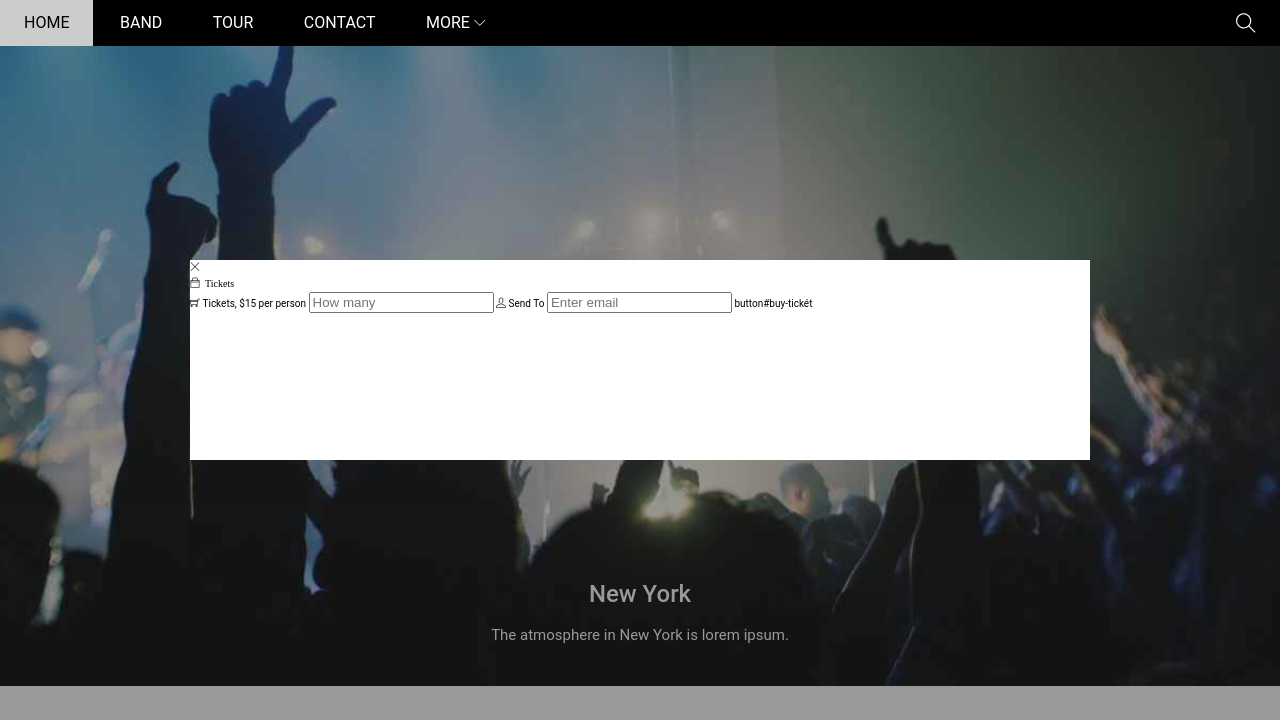
Repository: vuongld315/myLandingPage
Page: index.html
The author's editor kept a copy of each file at every save. The page is drawn from the files as they stood at one save, then again after a run of saves.
The browser window is 1280 px wide. The pictures show the window.
A layer covers the whole window, so only the first screen is drawn.

Above is the page before, as saved 2022-07-27 11:50:25.

### index.html
<!DOCTYPE html>
<html lang="en">
<head>
    <meta charset="UTF-8">
    <meta http-equiv="X-UA-Compatible" content="IE=edge">
    <meta name="viewport" content="width=device-width, initial-scale=1.0">
    <title>Document</title>
    <link rel="stylesheet" href="./assets/css/main.css">
    <link rel="stylesheet" href="./assets/css/base.css">
    <link rel="stylesheet" href="./assets/fonts/themify-icons/themify-icons.css">
</head>
<body>
    <div id="main">
        <div id="header">
            <div id="nav">
                <ul>
                    <li><a href="">Home</a></li>
                    <li><a href="">Band</a></li>
                    <li><a href="">Tour</a></li>
                    <li><a href="">Contact</a></li>
                    <li>
                        <a href="#">
                            More
                            <i class="nav-arrow-down ti-angle-down"></i>
                        </a>
                        <ul class="subnav">
                            <li><a href="">Merchadise</a></li>
                            <li><a href="">Extras</a></li>
                            <li><a href="">Media</a></li>
                        </ul>
                    </li>
                </ul>
            </div>
            <div class="search-btn">
                <i class="search-icon ti-search"></i>
            </div>
        </div>

        <div id="slider">
            <div class="slider-faded">
                <img src="/assets/img/slider1.jpg" alt="">
                <div class="text-content">
                    <h2 class="text-heading">Chicago</h2>
                    <div class="text-desciption">Thank you, Chicago - A night we won't forget.</div>
                </div>
            </div>
            <div class="slider-faded">
                <img src="/assets/img/slider2.jpg" alt="">
                <div class="text-content">
                    <h2 class="text-heading">Los Angeles</h2>
                    <div class="text-desciption">We had the best time playing at Venice Beach!</div>
                </div>
            </div>
            <div class="slider-faded">
                <img src="/assets/img/slider3.jpg" alt="">
                <div class="text-content">
                    <h2 class="text-heading">New York</h2>
                    <div class="text-desciption">The atmosphere in New York is lorem ipsum.</div>
                </div>
            </div>
        </div>
        <div id="content">
            <!-- About section -->
            <div class="content-section">
                <h2 class="section-heading">THE BAND</h2>
                <p class="section-sub-heading">We love music</p>
                <p class="about-text">We have created a fictional band website. Lorem ipsum dolor sit amet, consectetur adipiscing elit, sed do eiusmod tempor incididunt ut labore et dolore magna aliqua. Ut enim ad minim veniam, quis nostrud exercitation ullamco laboris nisi ut aliquip ex ea commodo consequat. Duis aute irure dolor in reprehenderit in voluptate velit esse cillum dolore eu fugiat nulla pariatur. Excepteur sint occaecat cupidatat non proident, sunt in culpa qui officia deserunt mollit anim id est laborum consectetur adipiscing elit, sed do eiusmod tempor incididunt ut labore et dolore magna aliqua. Ut enim ad minim veniam, quis nostrud exercitation ullamco laboris nisi ut aliquip ex ea commodo consequat.</p>
                <div class="member-list">
                    <div class="member-item">
                        <p class="member-name">Name</p>
                        <div class="member-img">
                          <img src="./assets/img/bandmember.jpg" alt="" class="member-avata">
                        </div>
                    </div>
                    <div class="member-item">
                        <p class="member-name">Name</p>
                        <div class="member-img">
                          <img src="./assets/img/bandmember.jpg" alt="" class="member-avata">
                        </div>
                    </div>
                    <div class="member-item">
                        <p class="member-name">Name</p>
                        <div class="member-img">
                          <img src="./assets/img/bandmember.jpg" alt="" class="member-avata">
                        </div>
                    </div>
                </div>
            </div>
            <!-- Tour-section -->
            <div class="tour-section">
                <div class="content-section">
                    <h2 class="section-heading text-white">TOUR DATES</h2>
                    <p class="section-sub-heading text-white">Remember to book your tickets!</p>
                    <ul class="ticket-list">
                        <li>September <span class="sold-out">Sold out</span></li>
                        <li>October <span class="sold-out">Sold out</span></li>
                        <li>November <span class="quantity">3</span></li>
                    </ul>
                    <div class="tour-list-items">
                        <div class="tour-list-item">
                            <img src="./assets/img/newyork.jpg" alt="" class="tour-item-img">
                            <div class="tour-list-container">
                                <h2 class="tour-item-country">New York</h2>
                                <div class="tour-list-time">Fri 27 Nov 2016</div>
                                <p class="tour-list-text">Praesent tincidunt sed tellus ut rutrum sed vitae justo.</p>
                                <a href="#" class="tour-list-buttom text-white">Buy Tickets</a>
                            </div>
                        </div>
                        <div class="tour-list-item">
                            <img src="./assets/img/paris.jpg" alt="" class="tour-item-img">
                            <div class="tour-list-container">
                                <h2 class="tour-item-country">Paris</h2>
                                <div class="tour-list-time">Fri 27 Nov 2016</div>
                                <p class="tour-list-text">Praesent tincidunt sed tellus ut rutrum sed vitae justo.</p>
                                <a href="#" class="tour-list-buttom text-white">Buy Tickets</a>
                            </div>
                        </div>
                        <div class="tour-list-item">
                            <img src="./assets/img/sanfran.jpg" alt="" class="tour-item-img">
                            <div class="tour-list-container">
                                <h2 class="tour-item-country">San Francisco</h2>
                                <div class="tour-list-time">Fri 27 Nov 2016</div>
                                <p class="tour-list-text">Praesent tincidunt sed tellus ut rutrum sed vitae justo.</p>
                                <a href="#" class="tour-list-buttom text-white">Buy Tickets</a>
                            </div>
                        </div>
                    </div>
                </div>
            </div>
            <!-- modal -->
            <div class="modal">
                <div class="modal-container">
                    <div class="modal-close">
                        <i class="ti-close"></i>
                    </div>
                    <div class="modal-header">
                        <i class="ti-bag">
                            Tickets
                        </i>
                    </div>
                    <div class="modal-body">
                        <label for="" class="modal-label">
                            <i class="ti-shopping-cart"></i>
                            Tickets, $15 per person
                        </label>
                        <input type="text" class="modal-input" placeholder="How many">
                        <label for="" class="modal-label">
                            <i class="ti-user"></i>
                            Send To
                        </label>
                        <input type="text" class="modal-input" placeholder="Enter email">
                        button#buy-tickét
                    </div>
                </div>
            </div>
             <!-- Contact-section -->
            <div class="content-section">
                <h2 class="section-heading">CONTACT</h2>
                <p class="section-sub-heading">Fan? Drop a note!!</p>

            </div>
        </div>

        <div id="footer">

        </div>
    </div>
    <script src="./main.js"></script>
</body>
</html>

### assets/css/main.css
body    {
    margin: 0;
    padding: 0;
}

#header {
    height: 46px;
    background-color: #000;
    display: flex;
    align-items: center;
    justify-content: space-between;
    position: fixed;
    top: 0;
    right: 0;
    left: 0;
    z-index: 1;
}

#nav ul {
    padding: 0;
}

#nav li {
    display: inline-block;
    position: relative;
}

#nav > ul > li > a   {
    color: #fff;
    text-transform: uppercase;
    padding: 0 24px;
    line-height: 46px;
}

#nav li a   {
    text-decoration: none;
    font-size: 1.6rem;
    display: inline-block;

}

#nav .subnav li:hover,
#nav > ul > li:hover > a {
    color:#000;
    background-color: #ccc;

}

#nav > ul > li:hover .subnav    {
    display: block;
}

#nav .subnav    {
    display: none;
    position: absolute;
    background-color: #fff;
    width: 160px;
    box-shadow: 0 0 10px rgba(0 ,0 ,0 , .3);
}

#nav .subnav li {
    width: 100%;
    list-style: none;
    padding: 12px;

}

#nav .subnav a  {
    color: #000;
    font-size: 1.4rem;
}

.nav-arrow-down {
    font-size: 1.2rem;
}

#header .search-btn {
    font-size: 20px;
    color: #fff;
    padding: 13px 24px;
    height: 100%;
}

#header .search-btn:hover   {
    background-color: #f44336;
    cursor: pointer;
}

#slider {
    margin-top: 46px;
    position: relative;
}

.slider-faded img   {
    width: 100%;
}

.text-content  {
    position: absolute;
    color: #fff;
    bottom: 48px;
    width: 100%;
    text-align: center;
}

.text-heading   {
    font-weight: 500;
    font-size: 24px;
}

.text-desciption    {
    font-size: 15px;
    margin-top: 25px;
}
.text-white {
    color: #fff !important;
}

/* about section */

#content .content-section   {
    width: 800px;
    margin: 0 auto;
    padding: 64px 0;
}

#content .content-section .section-heading  {
    font-size: 30px;
    font-weight: 500;
    text-align: center;
    letter-spacing: 4px;
}

#content .content-section .section-sub-heading  {
    font-size: 15px;
    text-align: center;
    margin-top: 25px;
    font-style: italic;
    opacity: 0.6;
}

#content .content-section .about-text   {
    text-align: justify;
    font-size: 15px;
    margin-top: 25px;
    line-height: 1.4;
}

#content .content-section .member-list  {
    margin-top: 48px;
    display: flex;
    justify-content: space-between;
    align-items: center;
}

#content .content-section .member-name  {
    font-size: 15px;
    text-align: center;
}

#content .content-section .member-img   {
    text-align: center;
}

#content .content-section .member-avata {
    width: 60%;
    border-radius: 4px;
}


/* tour section */

#content .tour-section  {
    background-color: #000;
}

#content .tour-section .ticket-list {
    background-color: #fff;
    margin-top: 40px;
    padding: 0;
}

#content .tour-section .ticket-list > li    {
    list-style: none;
    font-size: 15px;
    padding: 11px 16px;
    margin-left: 0;
    border-bottom: 1px solid #ccc;
    color: #757575;
}

#content .tour-section .ticket-list .sold-out   {
    background-color: #f44336;
    color: #fff;
    padding: 3px 4px;
    margin-left: 16px;
}

#content .tour-section .ticket-list .quantity   {
    float: right;
    width: 24px;
    height: 24px;
    background-color: #000;
    color: #fff;
    border-radius: 50%;
    text-align: center;
    line-height: 24px;
    margin-top: -3px;
}

#content .tour-section .tour-list-items  {
    background-color: #000;
    display: flex;
    justify-content: space-between;
    margin-top: 32px;
}

#content .tour-section .tour-list-item {
    width: 30%;
    height: 390px;
    display: flex;
    flex-direction: column;
}

/* <!-- Tour-section */
.tour-list-items    {
    margin-bottom: 40px;
}

.tour-item-img  {
    width: 100%;
}

.tour-item-img:hover    {
    opacity: 0.6;
}

.tour-list-container    {
    padding-left: 16px;
    background-color: #fff;
    height: 205px;
}

.tour-list-time {
    opacity: 0.6;
    padding: 10px 0 20px;
}

.tour-list-text {
    font-size: 1.4rem;
    margin-top: 0;
}

.tour-list-buttom   {
    padding: 11px 16px;
    text-decoration: none;
    background-color: #000;
    font-size: 1.4rem;
    margin-top: 15px;
    display: inline-block;

}

.tour-list-buttom:hover   {
    opacity: 0.6;
}

.modal  {
    position: fixed;
    top: 0;
    left: 0;
    bottom: 0;
    right: 0;
    background-color: rgba(0 ,0 ,0 , .4);
    display: flex;
    justify-content: center;
    align-items: center;
}

.modal-container    {
    background-color: #fff;
    width: 900px;
    min-height: 200px;
}



#footer {

}

### assets/css/base.css
*   {
    box-sizing: inherit;
}

body    {
    padding-bottom:100px ;
}

html    {
    font-size: 62.5%;
    line-height: 1.6rem;
    font-family: 'Roboto', sans-serif;
    box-sizing: border-box;
}

.gird   {
    width: 1200px;
    max-width: 100%;
    margin: 0 auto;
}

.gird__full-width   {
    width: 100%;
}

.gird__row  {
    display: flex;
    flex-wrap: wrap;
}

### main.js
var slideIndex = 0;
var slides = document.querySelectorAll('.slider-faded');
function showSlides()   {
    for (var i = 0; i < slides.length; i++) {
        slides[i].style.display = "none";
    }
    slideIndex++;
    if (slideIndex > slides.length) {
        slideIndex = 1
    }
    slides[slideIndex-1].style.display = "block";
    setTimeout(showSlides, 2000);
}
showSlides();

Loaded but not shown: assets/fonts/themify-icons/themify-icons.css (common file)

After the next 4 saves:
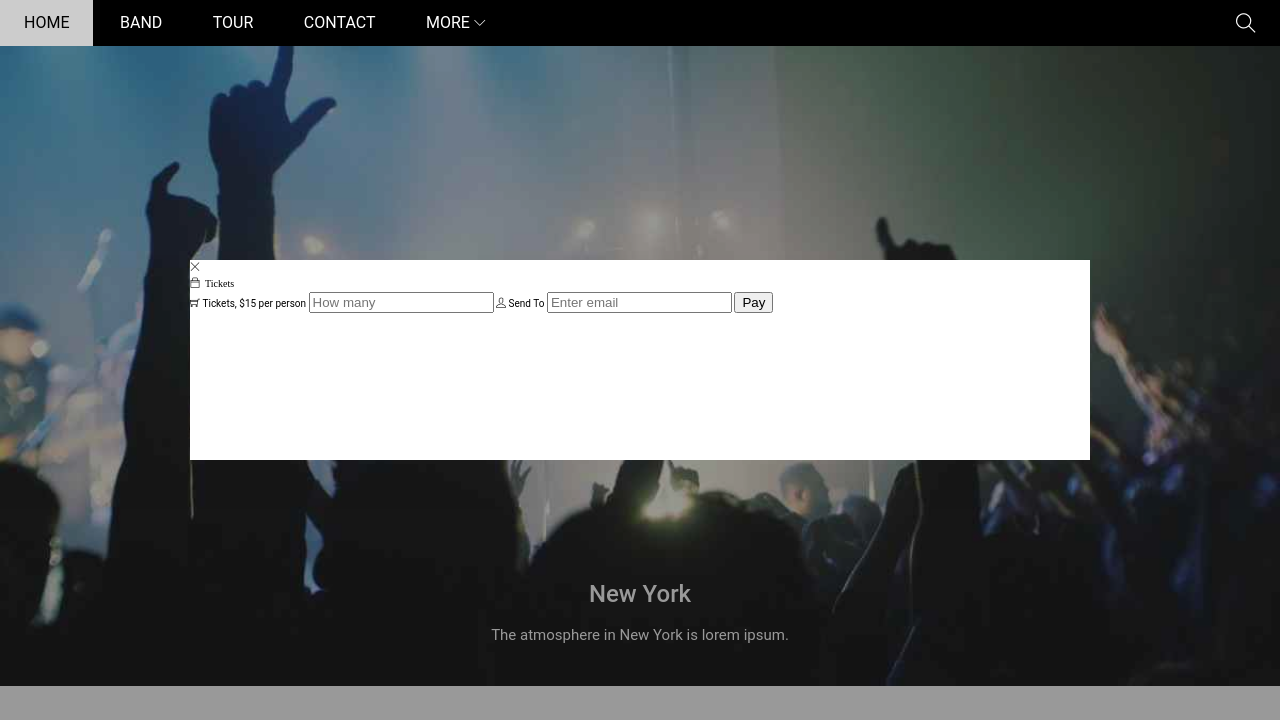
The 4 saves are shown as one change because they came seconds apart.
The last was saved 15 s later.
--- a/index.html
+++ b/index.html
@@ -149,7 +149,7 @@
                             Send To
                         </label>
                         <input type="text" class="modal-input" placeholder="Enter email">
-                        button#buy-tickét
+                        <button id="buy-tickets">Pay </button>
                     </div>
                 </div>
             </div>
